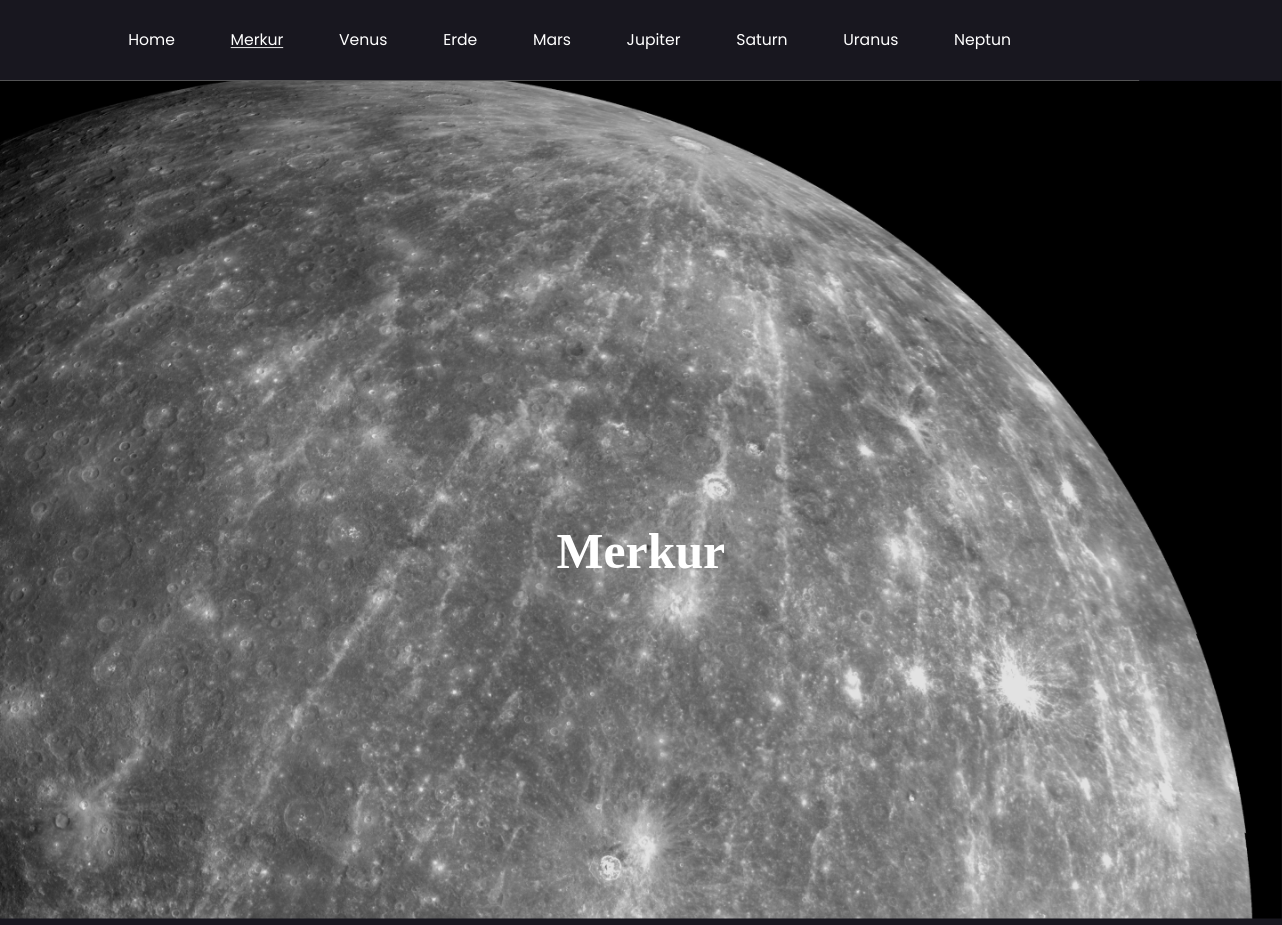
Repository: moreno-livak/solar
Page: dist/html/merkur.html
The author's editor kept a copy of each file at every save. The page is drawn from the files as they stood at one save, then again after the next save.
The browser window is 1280 px wide. The page is 1440 px wide, then 1280 px, so the pictures cover 1440 px, including what lies to the right of the window. The pictures show the whole page, at 89% of full size.
The style sheet was rebuilt from its Sass, Less or Tailwind sources for each picture, by a compiler version that may differ from the author's.

Above is the page before, as saved 2022-05-07 12:49:19.
Console error: TypeError: Cannot read properties of null (reading 'getAttribute')

After the next save:
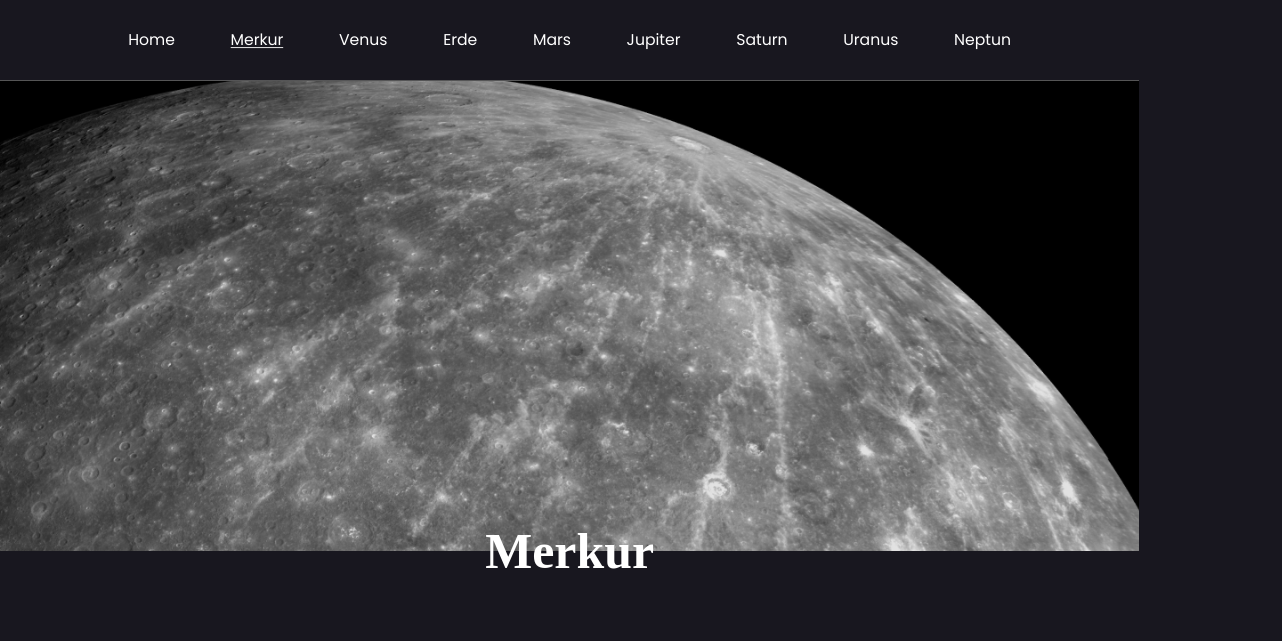
Saved 8 s later.
--- a/src/scss/home.scss
+++ b/src/scss/home.scss
@@ -507,10 +507,7 @@ div.sketchfab-embed-wrapper{
     .image-header{
         height: 33rem;
         width: 100%;
-        img {
-            right: 0;
-            bottom: 0;
-        }
+        overflow: hidden;
     }
     h1{
         font-size: $main-title;
